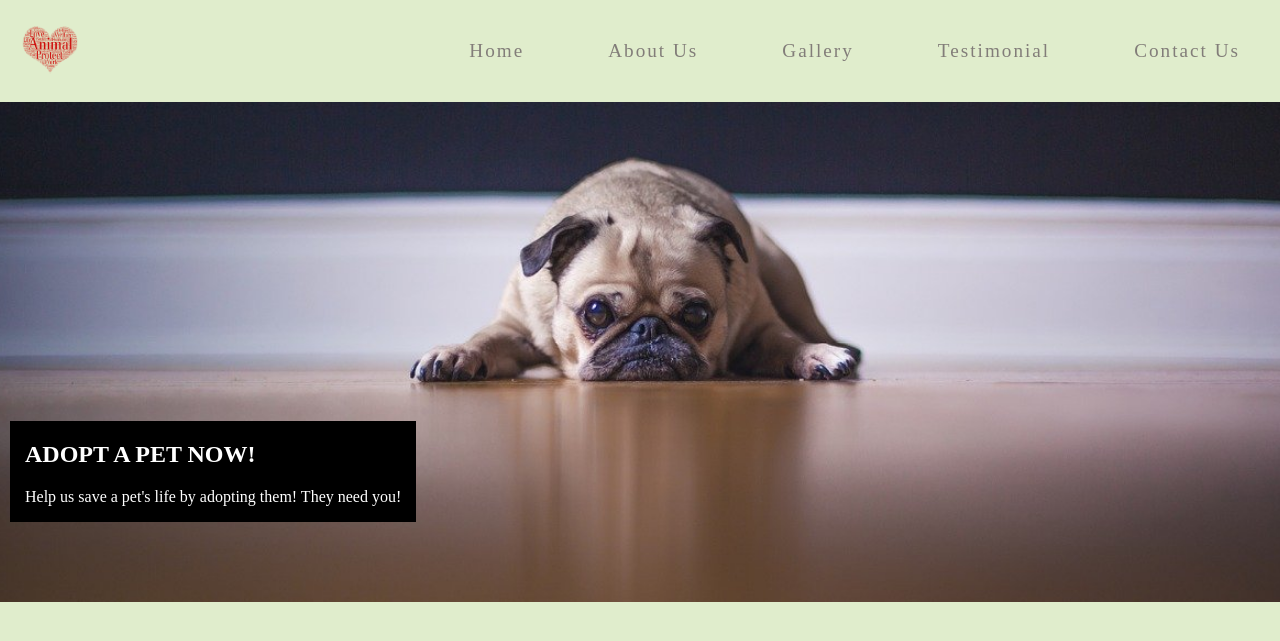
Repository: 4forces/HTML-CSS-LESSON
Page: lesson5-mobile-responsive/mobile.html
The author's editor kept a record of every edit. The page is drawn from the files as they stood at one moment, then again after the next edit.
The browser window is 1280 px wide. The pictures show the whole page.
Some web libraries are served in a nearby version.

Above is the page before.

### lesson5-mobile-responsive/mobile.html
<!DOCTYPE html>
<html lang="en">
<head>
    <meta charset="UTF-8">
    <meta name="viewport" content="width=device-width, initial-scale=1.0">
    <meta http-equiv="X-UA-Compatible" content="ie=edge">
    <!--Custom CSS-->
    <link rel="stylesheet" href="styles/mobile.css" type="text/css" />
    <title>Document</title>
</head>
<body>
    <!--navbar-->
    <header>
        <nav>
            <!--logo-->
            <img id='logo' src='images/logo.png' />
            <i class="fas fa-bars collapse"></i>
            <ul>
                <li><a href=''>Home</a></li>
                <li><a href=''>About Us</a></li>
                <li><a href=''>Gallery</a></li>
                <li><a href=''>Testimonial</a></li>
                <li><a href=''>Contact Us</a></li>
            </ul>
        </nav>
    </header>

    <!--hero image-->
    <section id='hero-outer'>
        <div id='hero-image'>

        </div>
        <div id='callout'>
            <h1>ADOPT A PET NOW!</h1>
            <p>Help us save a pet's life by adopting them! They need you!</p>
        </div>
    </section>
    <script type="text/javascript" src="https://cdnjs.cloudflare.com/ajax/libs/font-awesome/5.13.1/js/all.min.js"></script>
</body>
</html>

### lesson5-mobile-responsive/styles/mobile.css
/*screen size 0 - 375px small phone width*/
body {
    margin : 0;
    padding:0;
}
/*navbar*/
#logo {
    height:50px;
    margin-left:10px;
}
.collapse{
    font-size: 2em;
    margin-right:10px;
}
nav {
    display: flex;
    justify-content:space-between;
    background : transparent;
    margin : 0;
    padding : 10px 0;
}
nav ul {
    display: none;
}

/*hero-image*/
#hero-outer{
    height: 500px;
    width: 100%;
    overflow: hidden;
    position: relative;
}
#hero-image{
    height: 500px;
    background-image: url(../images/abandon-pup.jpg);
    background-repeat: no-repeat;
    background-size: cover;
    background-position: top;

    animation-name: zoom;
    animation-duration: 2s;
    animation-fill-mode: forwards;

    /*display: flex;*/
    /*justify-content:center;*/
    /*align-items:flex-end;*/
}
@keyframes zoom {
    from {transform: scale(1)}
    to {transform: scale(1.1)}
}
#callout {
    color: white;
    background-color: black;
    margin-bottom: 50px;
    position : absolute;
    bottom: 30px;
    left:10px;
    padding: 0 15px;
}


/*size 768px to any size bigger*/
@media only screen and (min-width:768px) {
    body {
        background-color: #e0edcc;
    }
    #hero-image{
        height: 500px;
        /*background-image: url(../images/sad-dog.jpg);*/
    }
}

/*size 900px or bigger*/
@media only screen and (min-width:900px) {
    /*body {*/
    /*    background-color: #ede9d8;*/
    /*}*/
    #logo {
        padding:15px 10px ;
    }
    .collapse{
        display:none;
    }
    nav ul {
        display: block;
        margin: 0;
    }
    nav li {
        display:inline-block;
        margin : 20px;
        padding : 10px 20px;
    }
    nav li a {
        text-decoration : none;
        color : #827d79;
        font-size: 120%;
        letter-spacing: 2px;
    }
    #hero-image{
        height: 800px;
    }
}
/*size 1200px and bigger*/
@media only screen and (min-width:1200px) {
    /*body {*/
    /*    background-color: #eddad8;*/
    /*}*/
}

After the next edit:
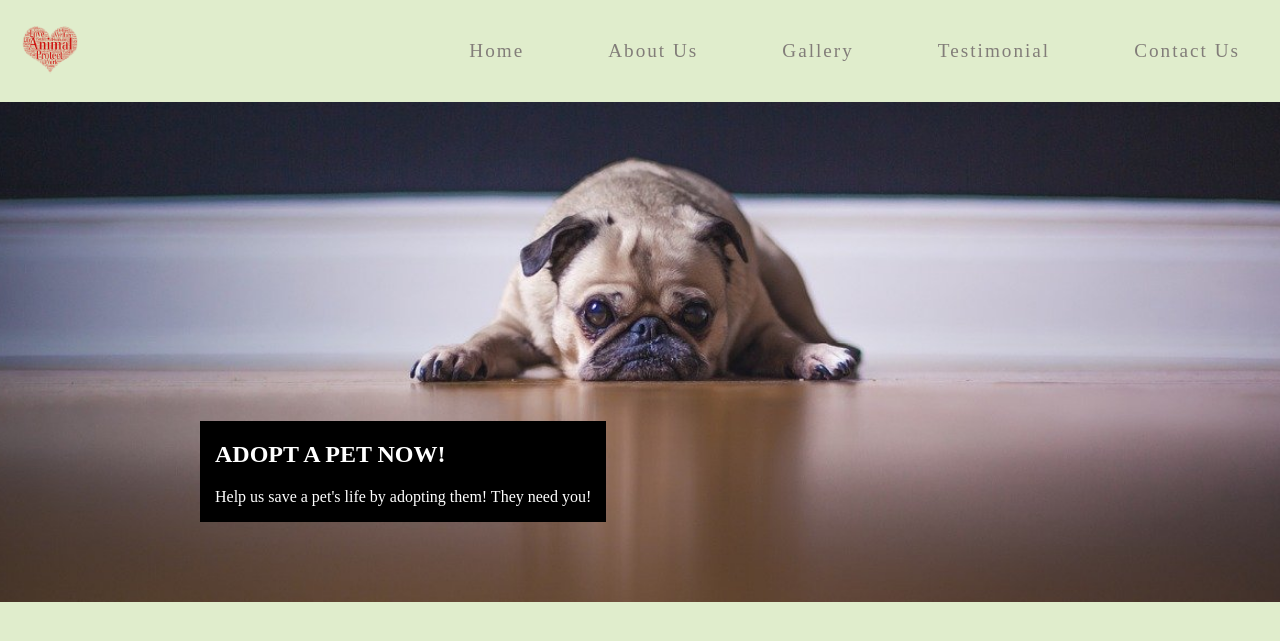
The edit:
--- a/lesson5-mobile-responsive/styles/mobile.css
+++ b/lesson5-mobile-responsive/styles/mobile.css
@@ -69,6 +69,9 @@
         height: 500px;
         /*background-image: url(../images/sad-dog.jpg);*/
     }
+    #callout {
+        left:200px;
+    }
 }
 
 /*size 900px or bigger*/
